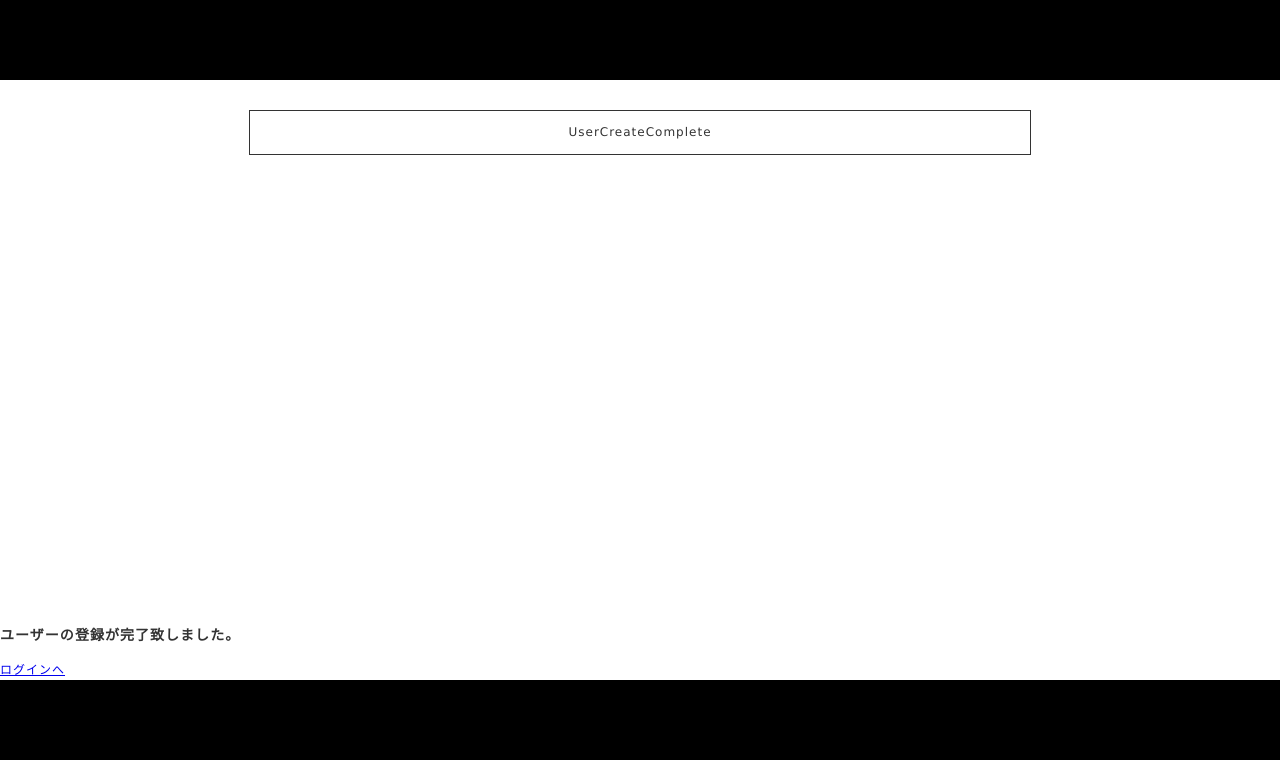
Repository: cha-git/ecsite
Page: http://localhost/template/userCreateComplete.jsp
The author's editor kept a copy of each file at every save. The page is drawn from the files as they stood at one save, then again after the next save.
The browser window is 1280 px wide. The pictures show the whole page.
The page is served by Tomcat 9.

Above is the page before, as saved 2018-12-25 11:15:07.

After the next save:
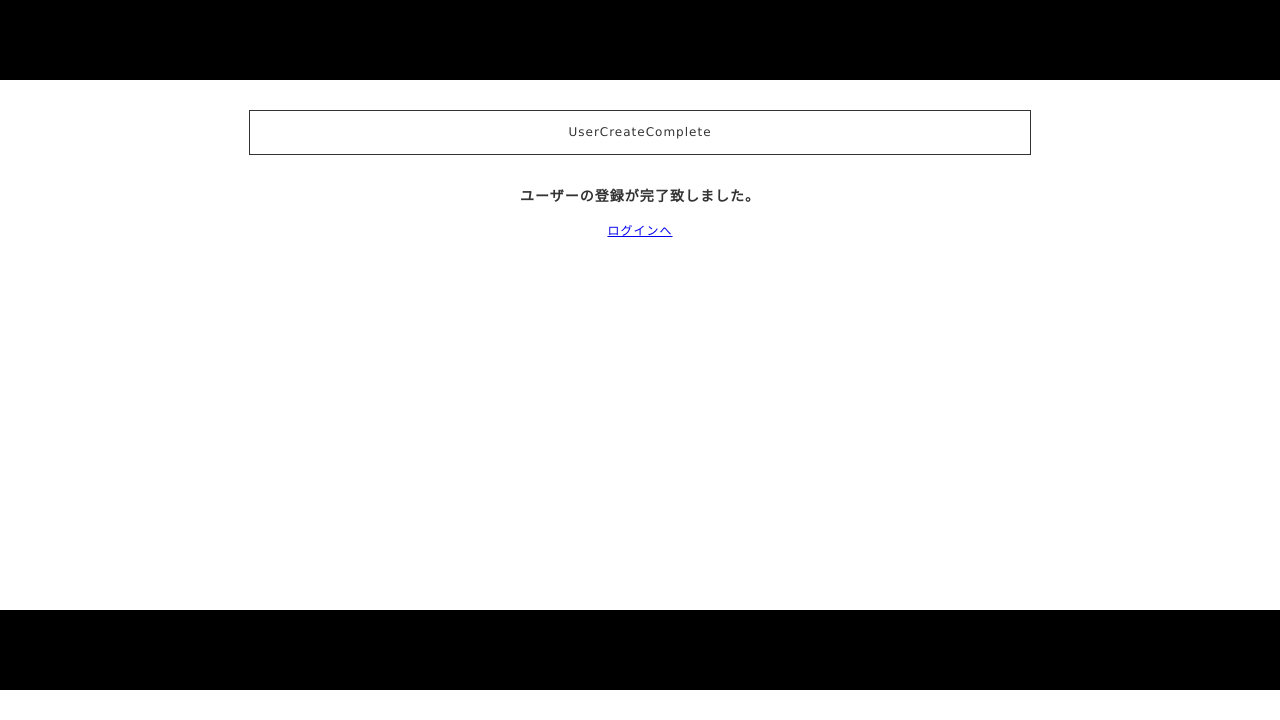
Saved 9 min 55 s later.
--- a/template/WebContent/userCreateComplete.jsp
+++ b/template/WebContent/userCreateComplete.jsp
@@ -64,11 +64,11 @@
 		<div id="top">
 			<p>UserCreateComplete</p>
 		</div>
-	</div>
-	<div>
-		<h3>ユーザーの登録が完了致しました。</h3>
 		<div>
-			<a href='<s:url action="HomeAction" />'>ログインへ</a>
+			<h3>ユーザーの登録が完了致しました。</h3>
+			<div>
+				<a href='<s:url action="HomeAction" />'>ログインへ</a>
+			</div>
 		</div>
 	</div>
 	<div id="footer">
